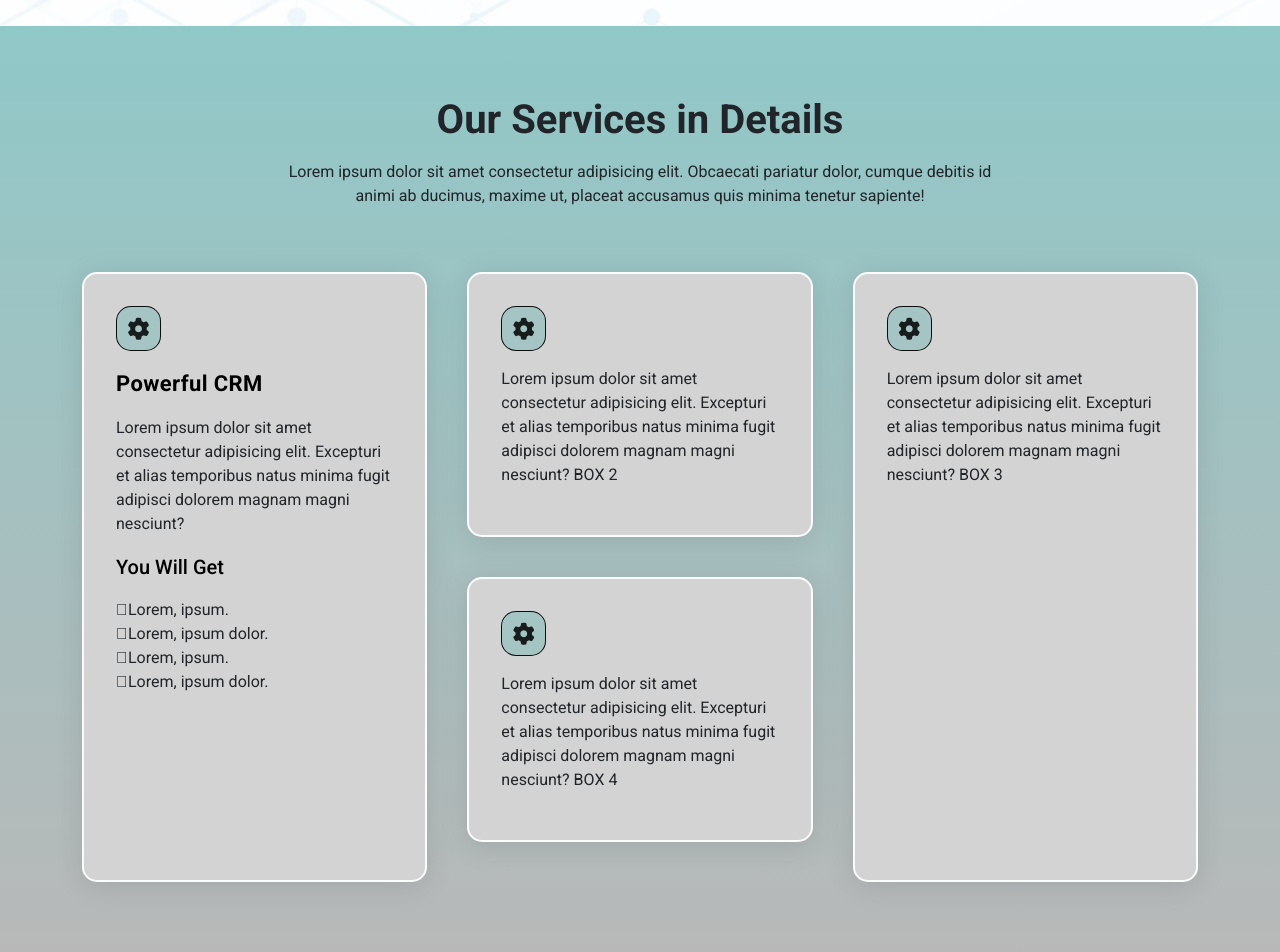
Repository: nazmulalok/landing-page-angelio
Page: index.html
The author's editor kept a copy of each file at every save. The page is drawn from the files as they stood at one save, then again after the next save.
The browser window is 1280 px wide. The pictures show the part of the page from y = 2036 to 2988 px (the page is 2988 px tall).
A picture or video elsewhere on the page could not be fetched, so the positions and the page height are approximate.

Above is the page before, as saved 2022-09-21 12:32:20.

### index.html
<!DOCTYPE html>
<html lang="en">

    <head>
        <meta charset="UTF-8">
        <meta http-equiv="X-UA-Compatible" content="IE=edge">
        <meta name="viewport" content="width=device-width, initial-scale=1.0">
        <title>Landing Page</title>
        <link rel="preconnect" href="https://fonts.googleapis.com">
        <link rel="preconnect" href="https://fonts.gstatic.com" crossorigin>
        <link rel="stylesheet" href="https://cdnjs.cloudflare.com/ajax/libs/font-awesome/6.2.0/css/all.min.css"
            integrity="sha512-xh6O/CkQoPOWDdYTDqeRdPCVd1SpvCA9XXcUnZS2FmJNp1coAFzvtCN9BmamE+4aHK8yyUHUSCcJHgXloTyT2A=="
            crossorigin="anonymous" referrerpolicy="no-referrer" />
        <link
            href="https://fonts.googleapis.com/css2?family=Roboto:ital,wght@0,300;0,400;0,500;0,700;0,900;1,300;1,400;1,500;1,700;1,900&display=swap"
            rel="stylesheet">
        <link href="https://cdn.jsdelivr.net/npm/bootstrap@5.2.0/dist/css/bootstrap.min.css" rel="stylesheet"
            integrity="sha384-gH2yIJqKdNHPEq0n4Mqa/HGKIhSkIHeL5AyhkYV8i59U5AR6csBvApHHNl/vI1Bx" crossorigin="anonymous">
        <link rel="stylesheet" href="style.css">
    </head>

    <body>
        <header>
            <nav>
                <div class="container">
                    <div class="row align-items-center">
                        <div class="col-lg-3">
                            <div class="logo">
                                <a href="/"><img src="images/angelio-logo.png" alt="Angelio Logo" width="250"
                                        height="66"></a>
                            </div>
                        </div>
                        <div class="col-lg-9 d-flex justify-content-end">
                            <ul>
                                <li><a href="/">Home</a></li>
                                <li><a href="/services.html">Services</a></li>
                                <li><a href="/about-us.html">About Us</a></li>
                                <li><a href="/contact.html">Contact</a></li>
                                <li class="nav-cta"><a href="tel:000-000-0000">Call Us</a></li>
                            </ul>
                        </div>
                    </div>
                </div>
            </nav>
        </header>
        <section class="sec-padding banner-sec">
            <div class="container">
                <div class="row align-items-center">
                    <div class="col-lg-7 order-lg-last">
                        <img src="images/angelio-digital-marketing.png" alt="">
                    </div>
                    <div class="col-lg-5">
                        <div class="large-heading">We Work in <span class="color-text">Digital</span> Way</div>
                        <p>Lorem, ipsum dolor sit amet consectetur adipisicing elit. Necessitatibus fuga alias deleniti
                            veniam at aspernatur.</p>
                        <div class="d-flex align-items-center mt-5"><a href="/contact-us" class="main-btn me-5">Get
                                Estimate</a>
                            <a href="/contact-us" class="play-btn"><i class="fas fa-play me-3"></i>Request Demo</a>
                        </div>
                    </div>
                </div>
            </div>
        </section>
        <section class="sec-padding">
            <div class="container">
                <div class="row justify-content-center">
                    <div class="col-md-8">
                        <div class="text-center">
                            <h1>
                                Our Best Digital Marketing Service
                            </h1>
                            <p>Lorem ipsum, dolor sit amet consectetur adipisicing elit. Placeat sunt
                                libero
                                tempore? Sed obcaecati a voluptate voluptates nam. Expedita, incidunt?</p>
                        </div>
                    </div>
                </div>
                <div class="row align-items-center mt-5">
                    <div class="col-lg-3">
                        <div class="service-box">
                            <div class="service-icon">
                                <img src="images/content-marketing.png" alt="Content Marketing">
                            </div>
                            <div class="service-content">
                                <a href="#">Content Marketing</a>
                                <p>Lorem ipsum dolor sit amet consectetur adipisicing elit. Fugiat, earum!</p>
                            </div>
                        </div>
                    </div>
                    <div class="col-lg-3">
                        <div class="service-box">
                            <div class="service-icon">
                                <img src="images/social-marketing.png" alt="Social Marketing">
                            </div>
                            <div class="service-content">
                                <a href="#">Social Marketing</a>
                                <p>Lorem ipsum dolor sit amet consectetur adipisicing elit. Fugiat, earum!</p>
                            </div>
                        </div>
                    </div>
                    <div class="col-lg-3">
                        <div class="service-box">
                            <div class="service-icon">
                                <img src="images/email-marketing.png" alt="Email Marketing">
                            </div>
                            <div class="service-content">
                                <a href="#">Email Marketing</a>
                                <p>Lorem ipsum dolor sit amet consectetur adipisicing elit. Fugiat, earum!</p>
                            </div>
                        </div>
                    </div>
                    <div class="col-lg-3">
                        <div class="service-box">
                            <div class="service-icon">
                                <img src="images/web-marketing.png" alt="Web Marketing">
                            </div>
                            <div class="service-content">
                                <a href="#">Web Marketing</a>
                                <p>Lorem ipsum dolor sit amet consectetur adipisicing elit. Fugiat, earum!</p>
                            </div>
                        </div>
                    </div>
                </div>
            </div>
        </section>
        <section class="sec-padding why-choose-sec">
            <div class="container">
                <div class="row align-items-center">
                    <div class="col-lg-6">
                        <div class="image-holder">
                            <img src="images/why-choose.jpg" alt="Why Choose Angelio">
                        </div>
                    </div>
                    <div class="col-lg-6">
                        <span class="arrow-text">Why Choose Us</span>
                        <h2>Why Working With <span class="color-text">ANGELIO</span>?</h2>
                        <p class="grey-color">Lorem ipsum dolor sit amet consectetur adipisicing elit. Quisquam
                            perspiciatis cupiditate atque ad labore laudantium ab hic, quaerat voluptas repellendus
                            aliquam. Maxime et recusandae nostrum cum labore, sint obcaecati doloremque.</p>
                        <div class="content-box d-flex align-items-center p-2 mb-3">
                            <img src="images/quality-lead.png" alt="Quality Lead">
                            <div class="ms-4">
                                <div class="content-heading">Quality Lead Generation</div>
                                <p class="grey-color mb-0">Lorem ipsum dolor sit amet consectetur adipisicing elit. Vel,
                                    distinctio
                                    delectus.
                                    Dicta distinctio obcaecati voluptatum.</p>
                            </div>
                        </div>
                        <div class="content-box d-flex align-items-center p-2 mb-3">
                            <img src="images/custom-web-design.png" alt="Custom Web Design">
                            <div class="ms-4">
                                <div class="content-heading">Custom Web Design</div>
                                <p class="grey-color mb-0">Lorem ipsum dolor sit amet consectetur adipisicing elit. Vel,
                                    distinctio
                                    delectus.
                                    Dicta distinctio obcaecati voluptatum.</p>
                            </div>
                        </div>
                        <div class="content-box d-flex align-items-center p-2 mb-3">
                            <img src="images/affordable-project-price.png" alt="Affordable Project Price">
                            <div class="ms-4">
                                <div class="content-heading">Affordable Project Price</div>
                                <p class="grey-color mb-0">Lorem ipsum dolor sit amet consectetur adipisicing elit. Vel,
                                    distinctio
                                    delectus.
                                    Dicta distinctio obcaecati voluptatum.</p>
                            </div>
                        </div>
                    </div>
                </div>
            </div>
        </section>
        <section class="sec-padding service-details-sec">
            <div class="container">
                <div class="row justify-content-center mb-5">
                    <div class="col-md-8">
                        <div class="text-center">
                            <h2>Our Services in Details</h2>
                            <p>Lorem ipsum dolor sit amet consectetur adipisicing elit. Obcaecati pariatur dolor, cumque
                                debitis id animi ab ducimus, maxime ut, placeat accusamus quis minima tenetur sapiente!
                            </p>
                        </div>
                    </div>
                </div>
                <div class="service-details-grid">
                    <div class="service-details-box main-service-card">
                        <div class="service-details-icon mb-3">
                            <i class="fa fa-cog" aria-hidden="true"></i>
                        </div>
                        <div class="details-title">
                            Powerful CRM
                        </div>
                        <p>Lorem ipsum dolor sit amet consectetur adipisicing elit. Excepturi et alias temporibus natus
                            minima fugit adipisci dolorem magnam magni nesciunt?</p>
                        <div class="details-heading">
                            You Will Get
                        </div>
                        <ul class="check-list">
                            <li>Lorem, ipsum.</li>
                            <li>Lorem, ipsum dolor.</li>
                            <li>Lorem, ipsum.</li>
                            <li>Lorem, ipsum dolor.</li>
                        </ul>
                    </div>
                    <div class="service-details-box">
                        <div class="service-details-icon mb-3">
                            <i class="fa fa-cog" aria-hidden="true"></i>
                        </div>
                        <p>Lorem ipsum dolor sit amet consectetur adipisicing elit. Excepturi et alias temporibus natus
                            minima fugit adipisci dolorem magnam magni nesciunt? BOX 2</p>
                    </div>
                    <div class="service-details-box main-service-card">
                        <div class="service-details-icon mb-3">
                            <i class="fa fa-cog" aria-hidden="true"></i>
                        </div>
                        <p>Lorem ipsum dolor sit amet consectetur adipisicing elit. Excepturi et alias temporibus natus
                            minima fugit adipisci dolorem magnam magni nesciunt? BOX 3</p>
                    </div>
                    <div class="service-details-box">
                        <div class="service-details-icon mb-3">
                            <i class="fa fa-cog" aria-hidden="true"></i>
                        </div>
                        <p>Lorem ipsum dolor sit amet consectetur adipisicing elit. Excepturi et alias temporibus natus
                            minima fugit adipisci dolorem magnam magni nesciunt? BOX 4</p>
                    </div>
                </div>
            </div>
        </section>


        <script src="https://cdn.jsdelivr.net/npm/bootstrap@5.2.0/dist/js/bootstrap.bundle.min.js"
            integrity="sha384-A3rJD856KowSb7dwlZdYEkO39Gagi7vIsF0jrRAoQmDKKtQBHUuLZ9AsSv4jD4Xa"
            crossorigin="anonymous"></script>
    </body>

</html>

### style.css
:root {
    --primary-color: #52a9a9;
    --secondary-color: #000000;
    --third-color: #575757d6;
    --main-font: 'Roboto', sans-serif;
}

body {
    font-family: var(--main-font);
}

nav {
    padding: 10px 0px;
    box-shadow: 0 1px 1px 1px #14477e2b;
}

nav ul {
    list-style-type: none;
    display: flex;
    justify-content: flex-end;
    margin: 0;
    padding: 0;
    align-items: center;
    gap: 20%;
    white-space: nowrap;
}

nav ul li a {
    color: #080808;
    text-decoration: none;
    display: block;
    position: relative;
    font-weight: 500;
    font-size: 17px;
}

nav ul li a:hover {
    color: #52a9a9;
}

li.nav-cta a {
    background: #008080ad;
    padding: 15px 40px;
    color: #fff;
    border-radius: 20px 5px;
    transition: all 0.3s ease;
}

li.nav-cta a:hover {
    background: #000;
    color: #fff;
    border-radius: 5px 20px;
    transition: all 0.3s ease;
}

li.nav-cta a:before {
    content: "";
    width: 0%;
    height: 0px;
    position: absolute;
    left: 0;
    bottom: 0;
    transition: none;
    transform: none;
    background: none;
    transform-origin: 0%;
}

li.nav-cta a:hover:before {
    transform: none;
    transform-origin: 0%;
}

nav ul li a:before {
    content: "";
    width: 100%;
    height: 2px;
    position: absolute;
    left: 0;
    bottom: 0;
    transition: 0.4s transform ease;
    transform: scale3d(0, 1, 1);
    background: #52a9a9;
    transform-origin: 100% 50%;
}

nav ul li a:hover::before {
    transform: scale3d(1, 1, 1);
    transform-origin: 0 50%;
}

.sec-padding {
    padding: 70px 0px;
}

.banner-sec {
    background-image: linear-gradient(rgb(82 169 169 / 5%), rgb(82 169 169 / 10%));
    background-size: cover;
    background-position: center;
}

.banner-sec img {
    width: 100%;
}

.large-heading {
    font-size: 80px;
    color: #000;
    font-weight: 600;
    letter-spacing: 0.8px;
    line-height: normal;
    margin-bottom: 25px;
}

.banner-sec p {
    font-size: 18px;
}

.color-text {
    color: var(--primary-color);
}

a.main-btn {
    color: #fff;
    background: #52a9a9;
    padding: 15px 40px;
    font-weight: 500;
    font-size: 18px;
    text-decoration: none;
    border-radius: 20px 5px;
    transition: all 0.3s ease;
}

a.main-btn:hover {
    background: #000;
    color: #fff;
    border-radius: 5px 20px;
    transition: all 0.3s ease;
}

a.play-btn {
    display: inline-flex;
    align-items: center;
    justify-content: center;
    color: #000;
    text-decoration: none;
    font-weight: 500;
    font-size: 18px;
}

.play-btn .fa-play {
    width: 40px;
    height: 40px;
    color: #fff;
    font-size: 20px;
    background: #000;
    display: inline-flex;
    align-items: center;
    justify-content: center;
    border-radius: 50%;
    transition: all 0.3s ease;
}

.play-btn:hover i {
    background: var(--primary-color);
}

/* Headings */

h1 {
    font-size: 44px;
}

h2 {
    font-size: 40px;
}

h3 {
    font-size: 36px;
}

h4 {
    font-size: 32px;
}

h5 {
    font-size: 28px;
}

h6 {
    font-size: 24px;
}

h1,
h2,
h3,
h4,
h5,
h6 {
    margin-bottom: 1rem;
    font-weight: 700;
}

/* Service Box */

.service-box {
    position: relative;
    background: rgb(197 214 214 / 20%);
    padding: 40px 30px;
    box-shadow: 0px -6px 10px white, 0px 4px 15px rgb(0 0 0 / 27%);
    border: 1px solid #00000030;
    border-radius: 5px;
}

.service-box:after {
    position: absolute;
    content: "";
    height: 20%;
    width: 20%;
    bottom: 5px;
    right: 5px;
    border-bottom-right-radius: 5px;
    border-bottom: 5px solid var(--primary-color);
    border-right: 5px solid var(--primary-color);
    transition: all 1s ease;
}

.service-box:hover:after {
    height: 30%;
    width: 30%;
    bottom: 5px;
    right: 5px;
    border-bottom-right-radius: 5px;
    border-bottom: 5px solid var(--primary-color);
    border-right: 5px solid var(--primary-color);
    transition: all 1s ease;
}

.service-box .service-icon {
    width: 80px;
    height: 80px;
    margin-bottom: 10px;
}

.service-box .service-icon img {
    width: 65px;
}

.service-box .service-content a {
    display: inline-block;
    color: #000;
    font-size: 20px;
    font-weight: 600;
    text-decoration: none;
    margin-bottom: 8px;
}

.service-box:hover .service-content a {
    color: var(--primary-color);
}

.service-box .service-content p {
    color: var(--third-color);
}

/* Why Choose Section */

.why-choose-sec {
    background-image: linear-gradient(to right, rgb(255 255 255 / 75%), rgb(255 255 255 / 75%)), url(images/why-choose-bg.jpg);
    background-repeat: no-repeat;
    background-size: cover;
}

span.arrow-text {
    display: inline-block;
    font-size: 25px;
    color: var(--primary-color);
    font-weight: 600;
    margin-bottom: 5px;
    position: relative;
    padding-left: 50px;
}

span.arrow-text:before {
    content: "";
    background: url(images/right-arrow.png);
    width: 35px;
    height: 35px;
    background-size: cover;
    top: 2px;
    left: 0px;
    position: absolute;
}

.grey-color {
    color: var(--third-color);
}

.content-box {
    border: 1px solid var(--primary-color);
    border-radius: 5px;
    box-shadow: 0px -6px 10px white, 0px 4px 15px rgb(0 0 0 / 27%);
    background: #fff;
}

.content-box img {
    width: 80px;
    border: 1px solid var(--primary-color);
    padding: 5px;
    border-radius: 5px;
}

.content-box .content-heading {
    font-size: 22px;
    color: var(--primary-color);
    font-weight: 500;
    margin-bottom: 5px;
}

/* Image Holder */

.image-holder {
    transition: all 0.3s ease;
    text-align: center;
}

.image-holder img {
    border-radius: 5px;
    max-width: 100%;
}

/* Service Details Box */

.service-details-sec {
    background-image: linear-gradient(rgb(82 169 169 / 64%), rgb(1 1 1 / 28%));
}

.service-details-grid {
    display: grid;
    width: 100%;
    grid-auto-columns: 1fr;
    grid-gap: 40px;
    grid-template-columns: 1fr 1fr 1fr;
    grid-template-rows: auto auto;
    /* -webkit-transition: all 0.3s ease-in-out; */
    transition: all 0.3s ease-in-out;
}

.service-details-box {
    padding: 2rem;
    background: lightgray;
    border-radius: 15px;
    box-shadow: 0 4px 30px rgb(0 0 0 / 10%);
    border: 2px solid rgb(255 255 255 / 94%);
}

.main-service-card {
    grid-row-end: span 3;
}

.service-details-icon i {
    width: 45px;
    height: 45px;
    font-size: 22px;
    background: #52a9a959;
    display: flex;
    justify-content: center;
    align-items: center;
    border: 1px solid rgb(0 0 0 / 94%);
    border-radius: 15px;
    color: #000000db;
}

.service-details-box .details-title {
    font-size: 22px;
    font-weight: 600;
    letter-spacing: 0.4px;
    margin-bottom: 1rem;
    color: #000;
}

.service-details-box .details-heading {
    font-size: 20px;
    color: #000;
    font-weight: 500;
    margin-bottom: 1rem;
}

.check-list {
    margin: 0px;
    list-style-type: none;
    padding-left: 0;
}

.check-list li:before {
    content: "\f058";
}

After the next save:
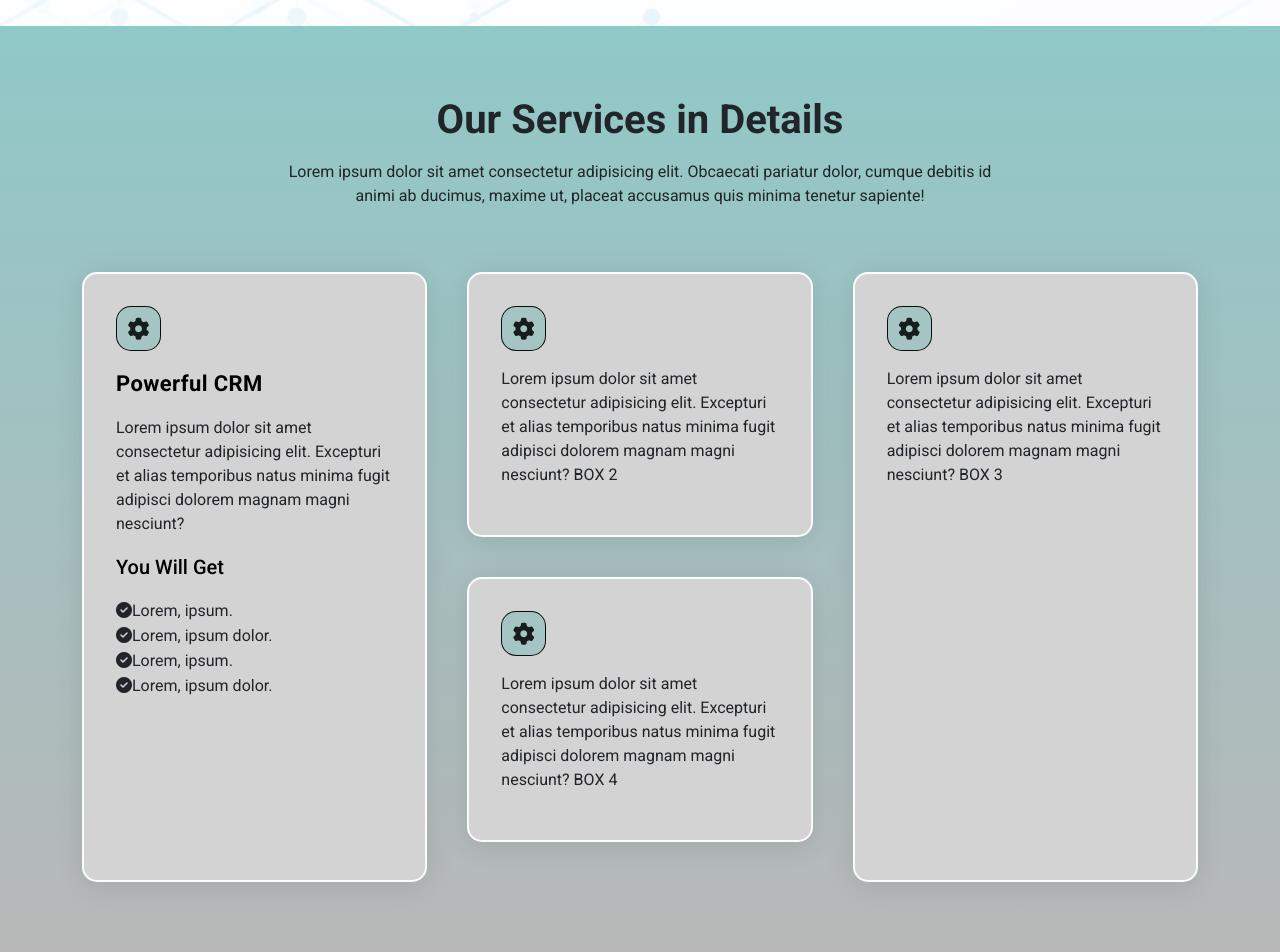
Saved 3 h 12 min later.
--- a/style.css
+++ b/style.css
@@ -394,4 +394,5 @@ span.arrow-text:before {
 
 .check-list li:before {
     content: "\f058";
-}
+    font-family: 'fontawesome';
+}
